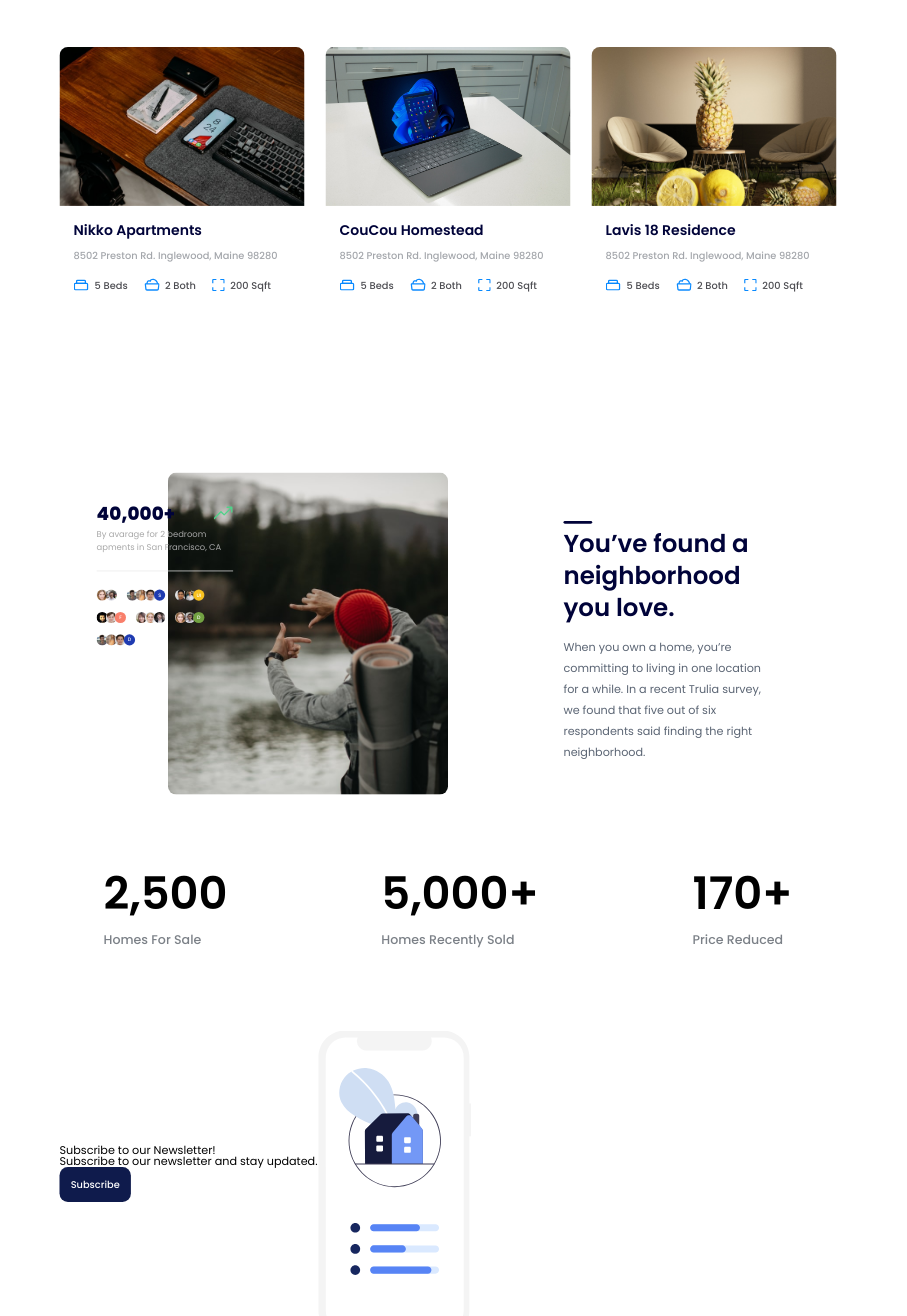
Repository: datvu1608/dv-htmlcss-01
Page: index.html
An editor plug-in stored every save of this project. The page is shown before and after the next save, followed by the edit.
The browser window is 1280 px wide. The page is 1295 px wide, so the pictures cover 1295 px, including what lies to the right of the window. The pictures show the part of the page from y = 1963 to 3843 px (the page is 3843 px tall), at 70% of full size.

Above is the page before, as saved 2023-06-13 16:18:18.

After the next save:
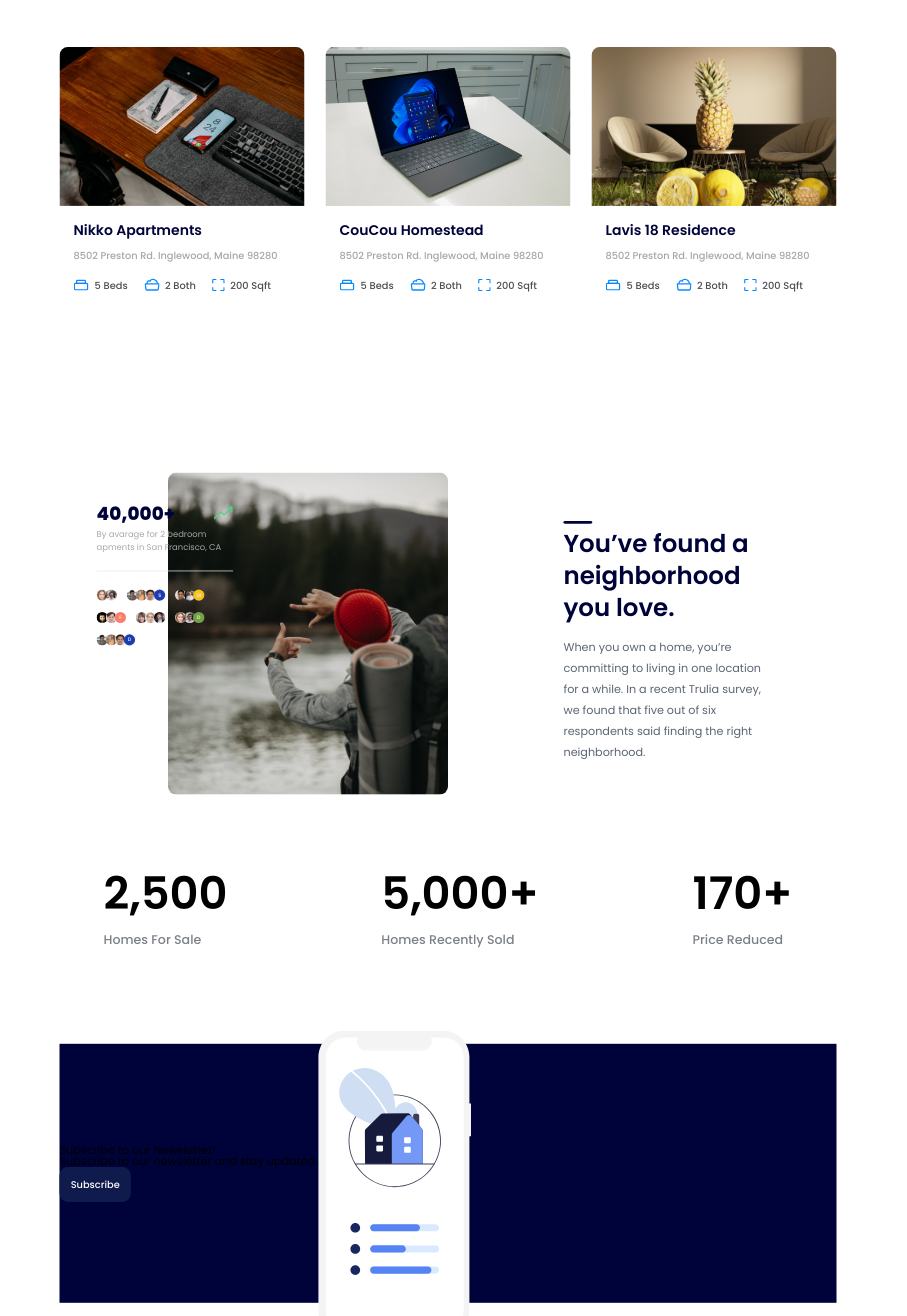
Saved 15 s later.
--- a/assets/css/style.css
+++ b/assets/css/style.css
@@ -447,4 +447,5 @@
   display: flex;
   align-items: center;
   height: 370px;
-}
+  background: #000339;
+}

After the save that followed:
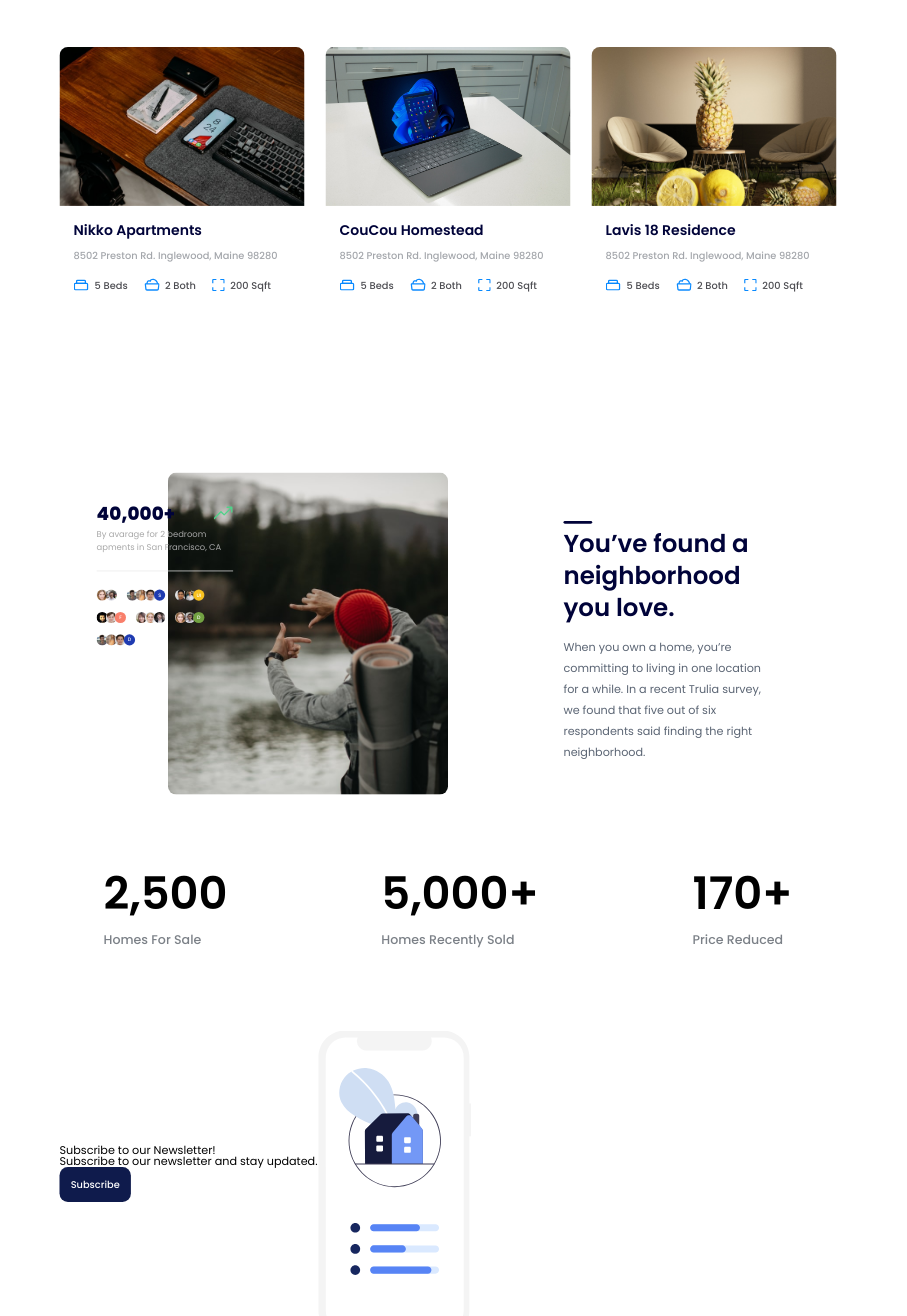
Saved 19 s later.
--- a/assets/css/style.css
+++ b/assets/css/style.css
@@ -447,5 +447,5 @@
   display: flex;
   align-items: center;
   height: 370px;
-  background: #000339;
-}
+  background: ;
+}
